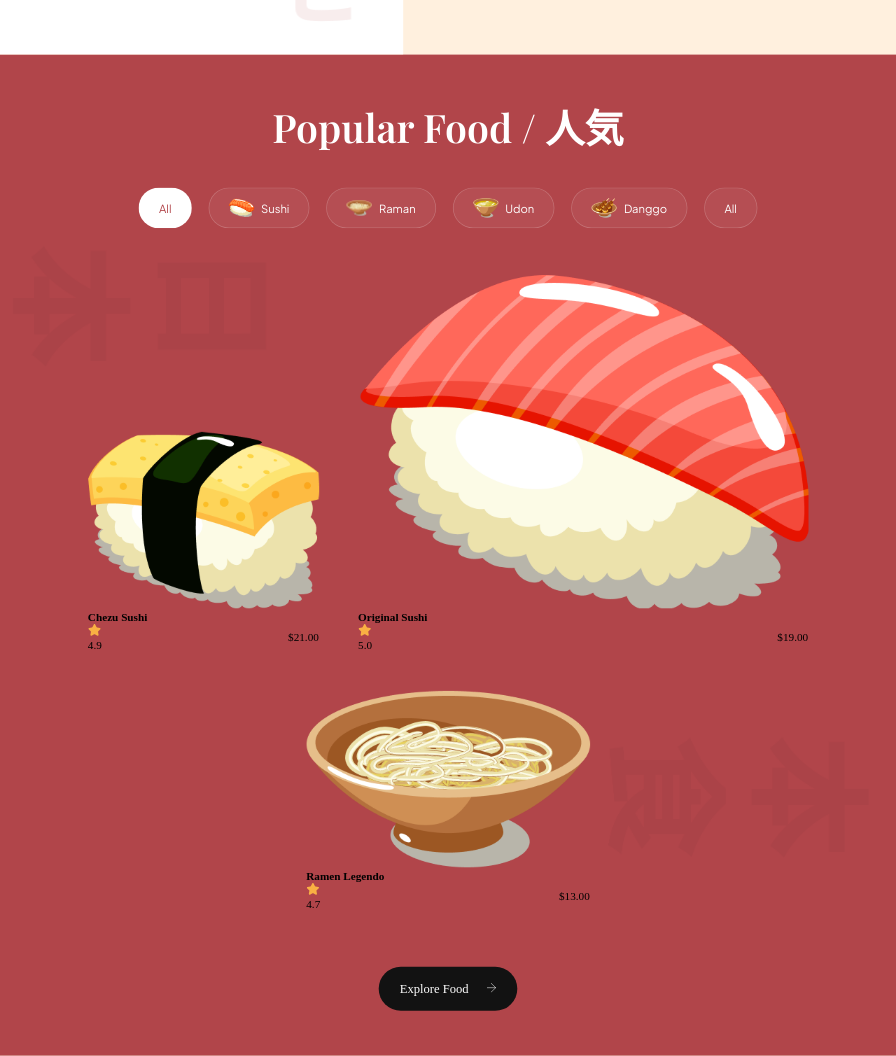
Repository: echoyol/sushiWebsite
Page: index.html
An editor plug-in stored every save of this project. The page is shown before and after the next save, followed by the edit.
The browser window is 1280 px wide. The pictures show the part of the page from y = 1430 to 3350 px (the page is 2938 px tall before and 3350 px after), at 70% of full size.

Above is the page before, as saved 2023-06-05 20:36:50.

After the next save:
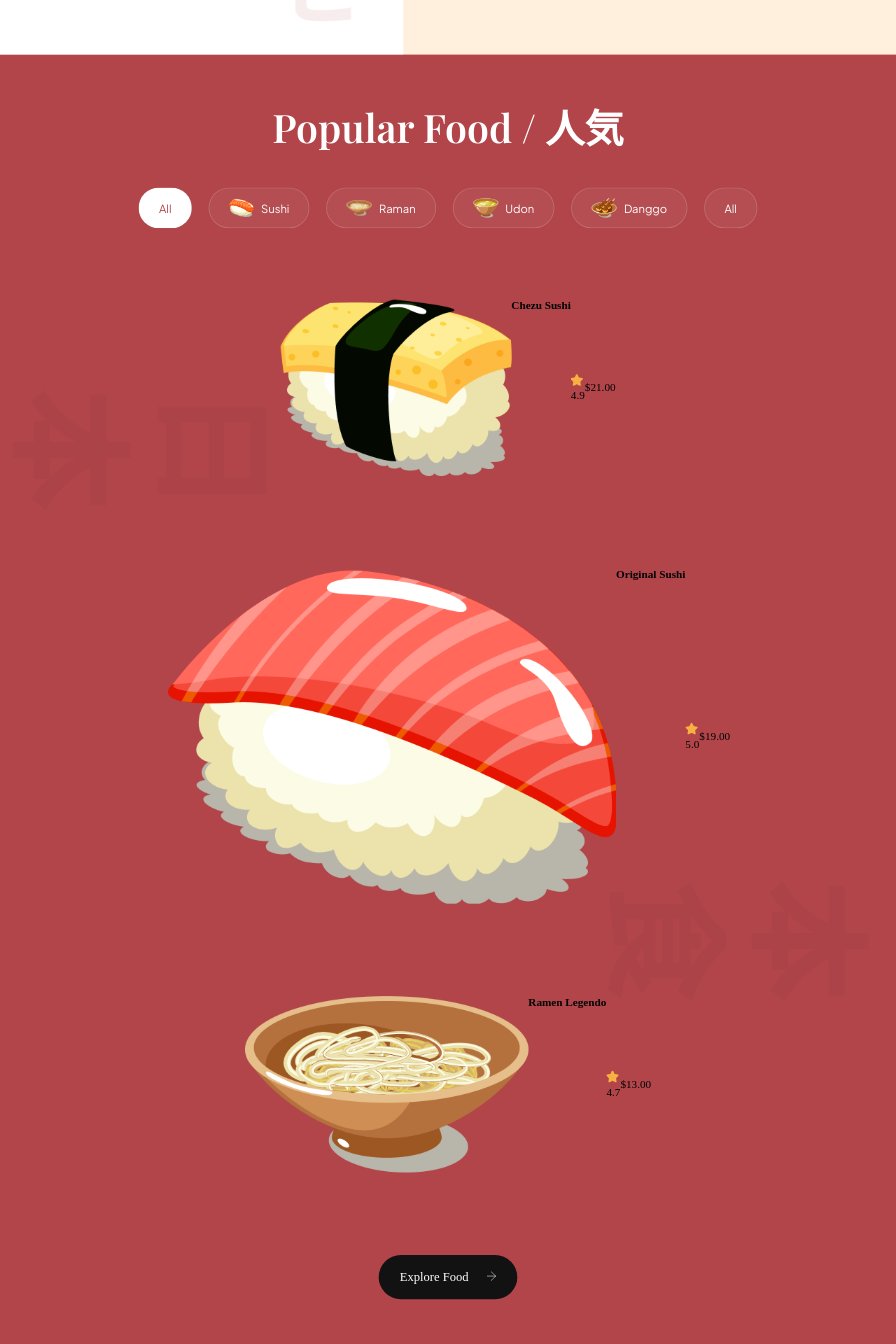
Saved 2 min 33 s later.
--- a/css/sections/popular.css
+++ b/css/sections/popular.css
@@ -104,3 +104,11 @@
 
   margin-left: 21px;
 }
+
+.popular-foods__card {
+  padding: 38px;
+  min-width: 260px;
+  height: fit-content;
+
+  display: flex;
+}
